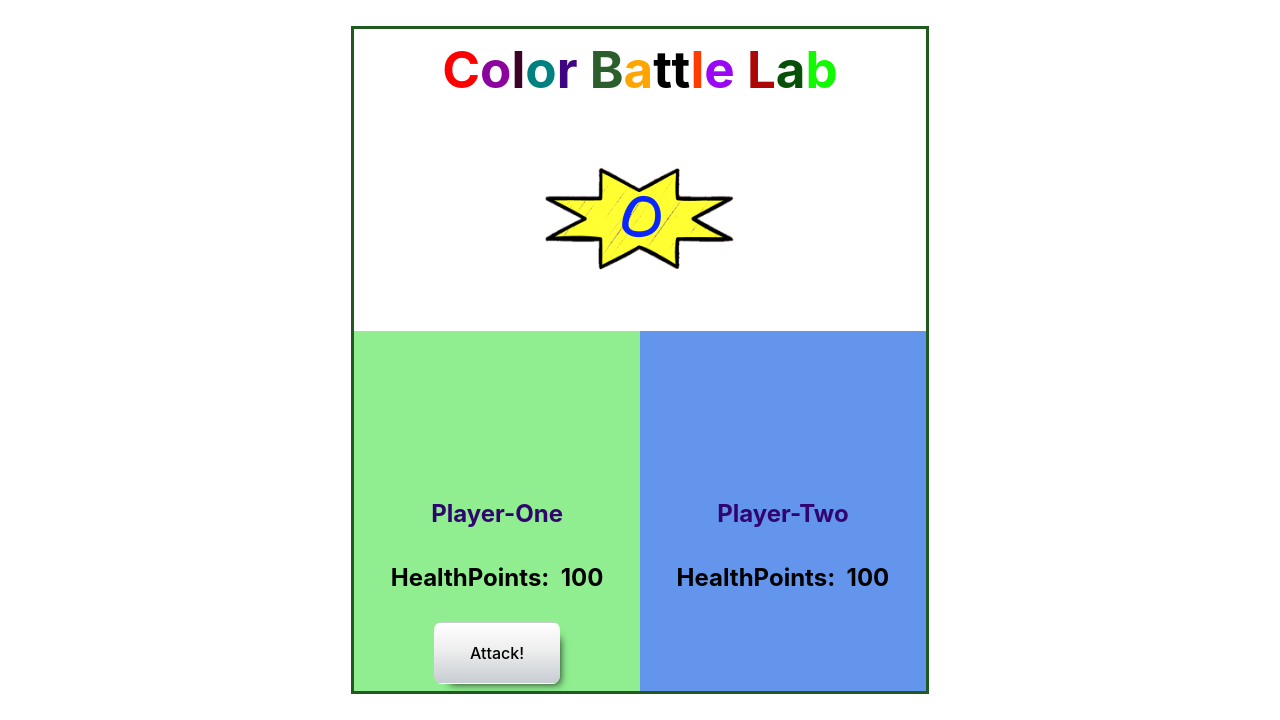
Repository: RAWdevX21/color-battle_lab-build
Page: /
An editor plug-in stored every save of this project. The page is shown before and after the next save, followed by the edit.
The browser window is 1280 px wide. The pictures show the whole page.
Some web fonts or font styles are not loaded; a fallback is used. The project was rebuilt for these pictures with package versions that can differ from the ones it lists, and the page was loaded fresh each time. Also part of the build but not shown: vite.config.js.

Above is the page before, as saved 2023-08-17 09:45:39.

After the next save:
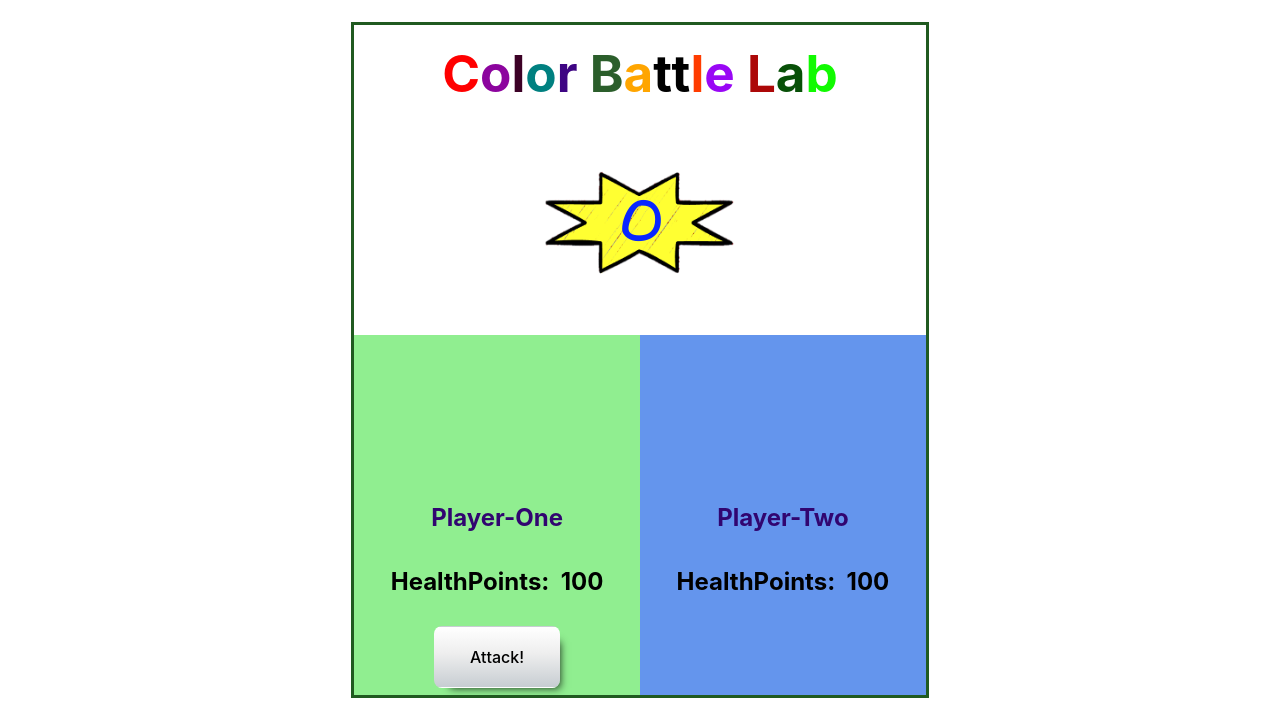
Saved 16 s later.
--- a/src/Components/GameBanner.css
+++ b/src/Components/GameBanner.css
@@ -11,7 +11,7 @@
 }
 
 h1 {
-    margin-top: -0.25rem;
+    margin-top: 0.25rem;
 }
 
 .banner h1 span.banner--c { color: red; }
